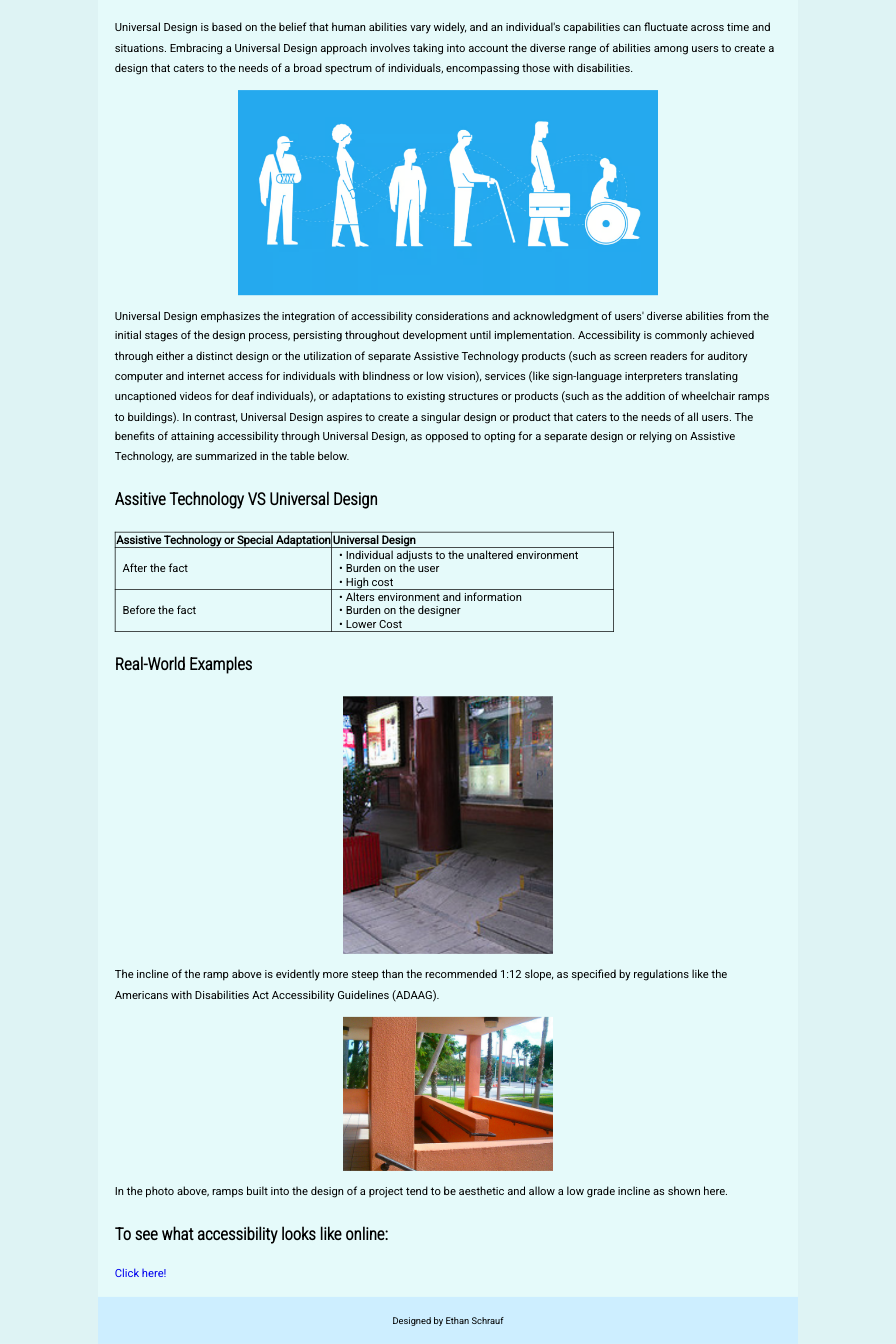
Repository: ethan-schrauf/UniversalDesignWebsite
Page: Final-Project/why.html
The author's editor kept a copy of each file at every save. The page is drawn from the files as they stood at one save, then again after the next save.
The browser window is 1280 px wide. The pictures show the part of the page from y = 934 to 2854 px (the page is 2854 px tall before and 2759 px after), at 70% of full size.

Above is the page before, as saved 2023-11-27 17:27:11.

### Final-Project/why.html

<!DOCTYPE html>

<html lang="en">
<head>
  <meta charset="UTF-8">
  <meta name="viewport" content="width=device-width, initial-scale=1.0">
  <meta http-equiv="X-UA-Compatible" content="ie=edge">
  <title>Why Accessibility Matters</title>
  <link href="why.css" rel="stylesheet">
</head>
<body>
  <a href="#main-content" class="skip-link">Skip to main content</a>
<div class="container">
  <header>
    <h1>The Importance of Accessible Web Design</h1>
  </header>
  <nav>
    <h2 class="sr-only">Main Navigation</h2>
    <ul>
      <li><a href="why.html">Why It Matters</a></li>
      <li><a href="what.html">What It Looks Like</a></li>
      <li><a href="how.html">How To Do It</a></li>
    </ul>
  </nav>
  <main id="main-content" class="mainy">
    <h2>Introduction to Web Accessibility</h2>
    <iframe width="420" height="315" src="https://www.youtube.com/embed/20SHvU2PKsM?si=sPxk5s9YLsb9J-sf">
    </iframe>
    <section>
      <h2 id="Why-It-Matters">Why It Matters</h2>
      <p>Universal Design is based on the belief that human abilities vary widely, and an individual's capabilities can fluctuate across time and situations. Embracing a Universal Design approach involves taking into account the diverse range of abilities among users to create a design that caters to the needs of a broad spectrum of individuals, encompassing those with disabilities.</p>
      <img src="images/why-it-matters.png" alt="A diverse group of people are moving to the right."  style="width: 600px; height: auto;">
      <p>Universal Design emphasizes the integration of accessibility considerations and acknowledgment of users' diverse abilities from the initial stages of the design process, persisting throughout development until implementation. Accessibility is commonly achieved through either a distinct design or the utilization of separate Assistive Technology products (such as screen readers for auditory computer and internet access for individuals with blindness or low vision), services (like sign-language interpreters translating uncaptioned videos for deaf individuals), or adaptations to existing structures or products (such as the addition of wheelchair ramps to buildings). In contrast, Universal Design aspires to create a singular design or product that caters to the needs of all users. The benefits of attaining accessibility through Universal Design, as opposed to opting for a separate design or relying on Assistive Technology, are summarized in the table below.</p>
      <!-- TABLE -->
  <section id="Assitive-Technology-or-Special-Adaptation-VS-Universal-Design">
    <h2>Assitive Technology VS Universal Design</h2>
    <table>
      <caption></caption>
      <thead>
          <tr>
              <th scope="col">Assistive Technology or Special Adaptation</th>
              <th scope="col">Universal Design</th>
          </tr>
      </thead>
      <tbody>
          <tr>
              <td>After the fact</td>
              <td>• Individual adjusts to the unaltered environment<br>• Burden on the user<br>• High cost</td>
          </tr>
          <tr>
              <td>Before the fact</td>
              <td>• Alters environment and information<br>• Burden on the designer<br>• Lower Cost</td>
          </tr>
      </tbody>
  </table>
  </section>
      <h2>Real-World Examples</h2>
      <img src="images/shanghai.png" alt="Wheelchair Ramp In Shanghai China"  style="width: 300px; height: auto;">
      <p>The incline of the ramp above is evidently more steep than the recommended 1:12 slope, as specified by regulations like the Americans with Disabilities Act Accessibility Guidelines (ADAAG).</p>
      <img src="images/graham-park.png" alt="Picture of Graham Park"  style="width: 300px; height: auto;">
      <p>In the photo above, ramps built into the design of a project tend to be aesthetic and allow a low grade incline as shown here.</p>

      <h2>To see what accessibility looks like online:</h2>
      <a href="what.html">Click here!</a>
    </section>
  </main>
  <footer>
    <small> Designed by Ethan Schrauf</small>
  </footer>

</div> <!-- end container -->
</body>
</html>

### Final-Project/why.css
@import url('https://fonts.googleapis.com/css2?family=Roboto&display=swap');
@import url('https://fonts.googleapis.com/css2?family=Roboto&family=Roboto+Condensed:wght@300&display=swap');

body {
    background: rgb(222, 243, 244);
}

/* css reset */
::before,
::after {
    box-sizing: border-box;
    padding: 0;
    margin: 0;
}

h1,
h3 {
    padding: .2em 0;
}

iframe {
  margin: auto;
  display: block;
  width: 700px;
  height: 500px;
}

h2 {
  padding: 0.5em 0;
}

h1 {
  font-family: 'Roboto Condensed', sans-serif;
  text-shadow: 0.5px 0.5px 0.5px black;
}

p {
    margin: 1.0em 0;
    line-height: 1.8em;
}

header,
nav,
main,
aside,
footer {
    padding: 1.5em;
}

header,
footer {
    text-align: center;
}

.container {
    max-width: 1000px;
    margin: 0 auto;
    /* background: rgb(243, 251, 209); */
    display: grid;
    width: 100vw;
    height: 100vh;
    grid-template-columns:
     1fr       2fr;
    grid-template-areas:
    "heady     heady"
    "navvy     navvy"
    "mainy    mainy"
    "mainy     mainy"
    "footy     footy";

  }

  header {grid-area: heady; background:rgb(237, 245, 244);}
nav {grid-area: navvy; background:rgb(184, 224, 248);}
main {grid-area: mainy; background: rgb(229, 250, 250); max-height: 100%;}
#Park-Rules {grid-area: Park-Rules; background: rgb(214, 236, 245);}
#Colorado-Wildlife {grid-area: Colorado-Wildlife; background: rgb(215, 241, 247);}
footer {grid-area: footy; background: rgb(205, 238, 255);}

nav ul {
    display: flex;
    flex-flow: row nowrap;
    justify-content: space-around;
    }

    nav ul li {
      list-style: none
    }

    @media screen
      and (min-width: 701px)
      and (max-width: 700)  {
    .container {
    grid-template-columns:
       1fr 1fr;
    grid-template-areas:
      "heady heady"
      "navvy navvy"
      "mainy mainy"
      "footy footy";
    }
    }

    @media screen
      and (max-width: 700px)  {
    .container {
    grid-template-columns:
       1fr;
    grid-template-areas:
      "heady"
      "navvy"
      "mainy"
      "footy";
    }
    nav ul {
      flex-flow: column nowrap;
      text-align: center;
    }
    nav ul li a {
      display: block;
      padding: 10px 5px;
      margin: 5px;
      background: white;

    }
    }

    p {
        font-family: 'Roboto', sans-serif;
    }

    h2,
    h1 {
        font-family: 'Roboto Condensed', sans-serif;
    }

    #park-image {
        width: 300px; /* Set the desired width in pixels */
        height: auto; /* Maintain the aspect ratio */
      }

      .sr-only {
        border: 0;
        clip: rect(0, 0, 0, 0);
        height: 1px;
        margin: -1px;
        overflow: hidden;
        padding: 0;
        position: absolute;
        white-space: nowrap;
        width: 1px;
      }

       a {
      text-decoration: none;
      font-family: 'Roboto', sans-serif;
    }

  iframe {
    display:block;
  }

  table {
    border: 2px solid rgb(0, 0, 0);
  }

  table, th, td {
    border-collapse: collapse;
    border: 1px solid rgb(0, 0, 0);
    font-family: 'Roboto', sans-serif;
    text-align: left;
  }
  td {
    border-collapse: collapse;
    padding-right: 50px;
    padding-left: 10px;
  }

  .skip-link {
    background: lavender;
    color: black;
    font-weight: 700;
    padding: 4px;
    position: absolute;
    transform: translate(-200%);
    text-decoration: none; /* Remove underline */
    z-index: 9999; /* Ensure it's on top */
  }

  .skip-link:focus {
    transform: translate(0%);
  }

  .skip-link {
    transition: transform 0.5s;
  }

  footer {
    font-family: "Roboto", sans-serif;
  }
  img {
    margin: auto;
    display: block;
  }

After the next save:
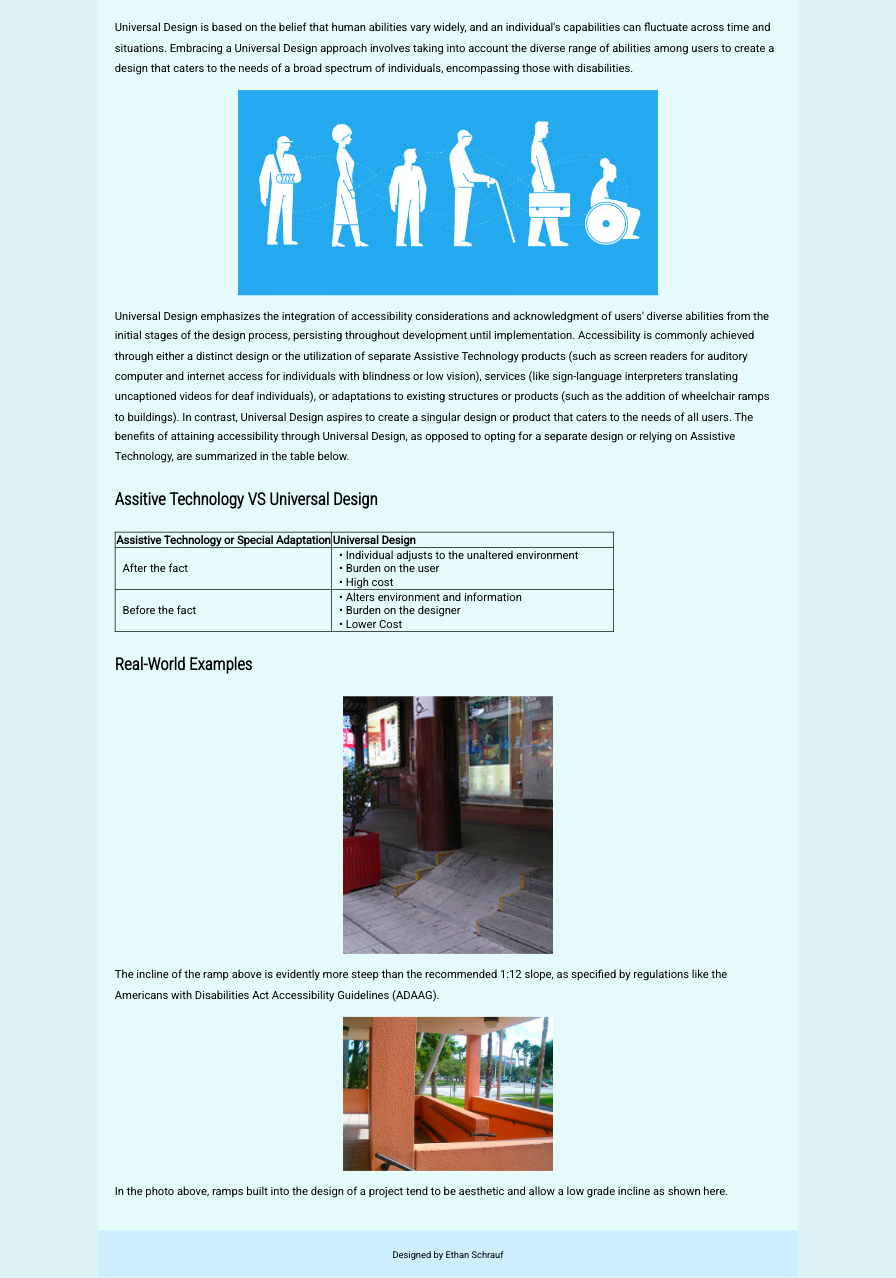
Saved 56 s later.
--- a/Final-Project/why.html
+++ b/Final-Project/why.html
@@ -60,9 +60,6 @@
       <p>The incline of the ramp above is evidently more steep than the recommended 1:12 slope, as specified by regulations like the Americans with Disabilities Act Accessibility Guidelines (ADAAG).</p>
       <img src="images/graham-park.png" alt="Picture of Graham Park"  style="width: 300px; height: auto;">
       <p>In the photo above, ramps built into the design of a project tend to be aesthetic and allow a low grade incline as shown here.</p>
-
-      <h2>To see what accessibility looks like online:</h2>
-      <a href="what.html">Click here!</a>
     </section>
   </main>
   <footer>
